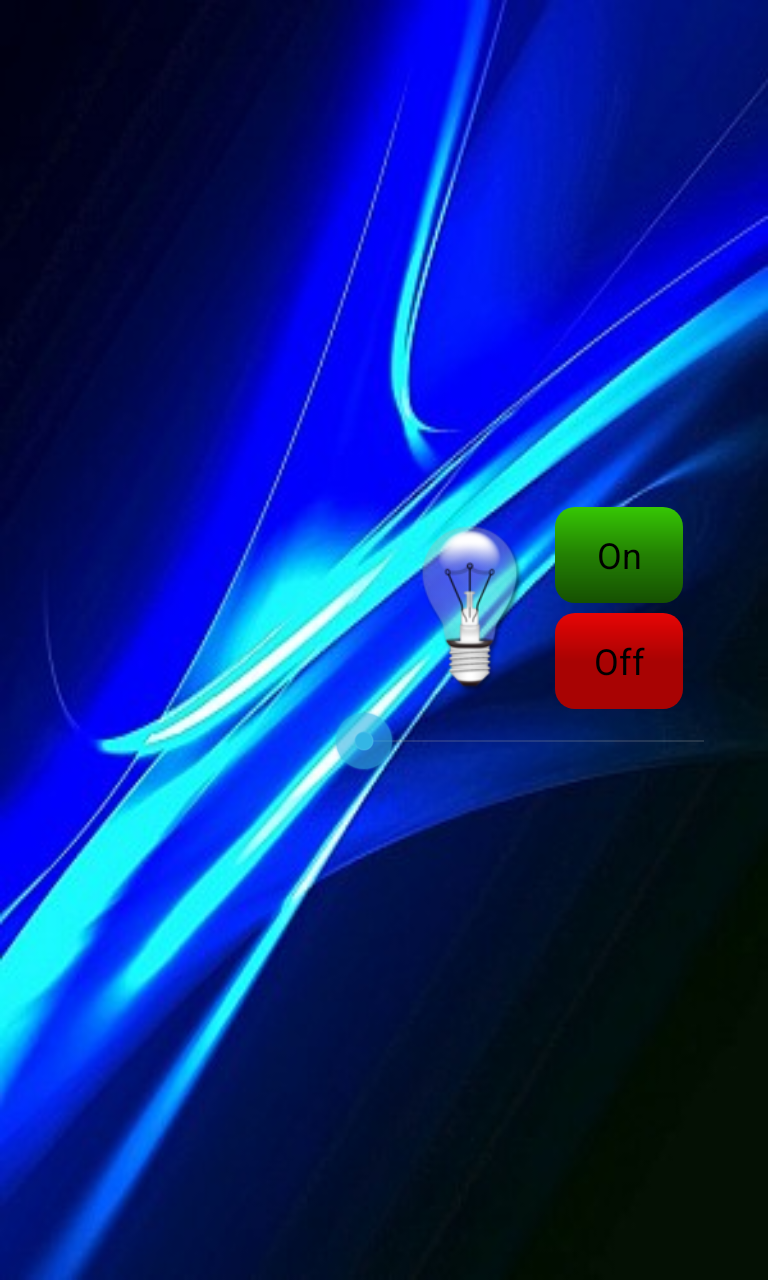
Repository: chedisaad/chedi
Layout: Dev/Android/DOMOTIQUE/Domotique/res/layout/activity_lights.xml
An editor plug-in stored every save of this project. The layout is shown before and after the next save, followed by the edit.
It is drawn on a 768 x 1280 px phone screen (xhdpi) without system bars, with theme AppTheme; the app's code is not run. Lists and similar views that code fills are empty.

Above is the layout before, as saved 2014-04-01 17:08:35.

After the next save:
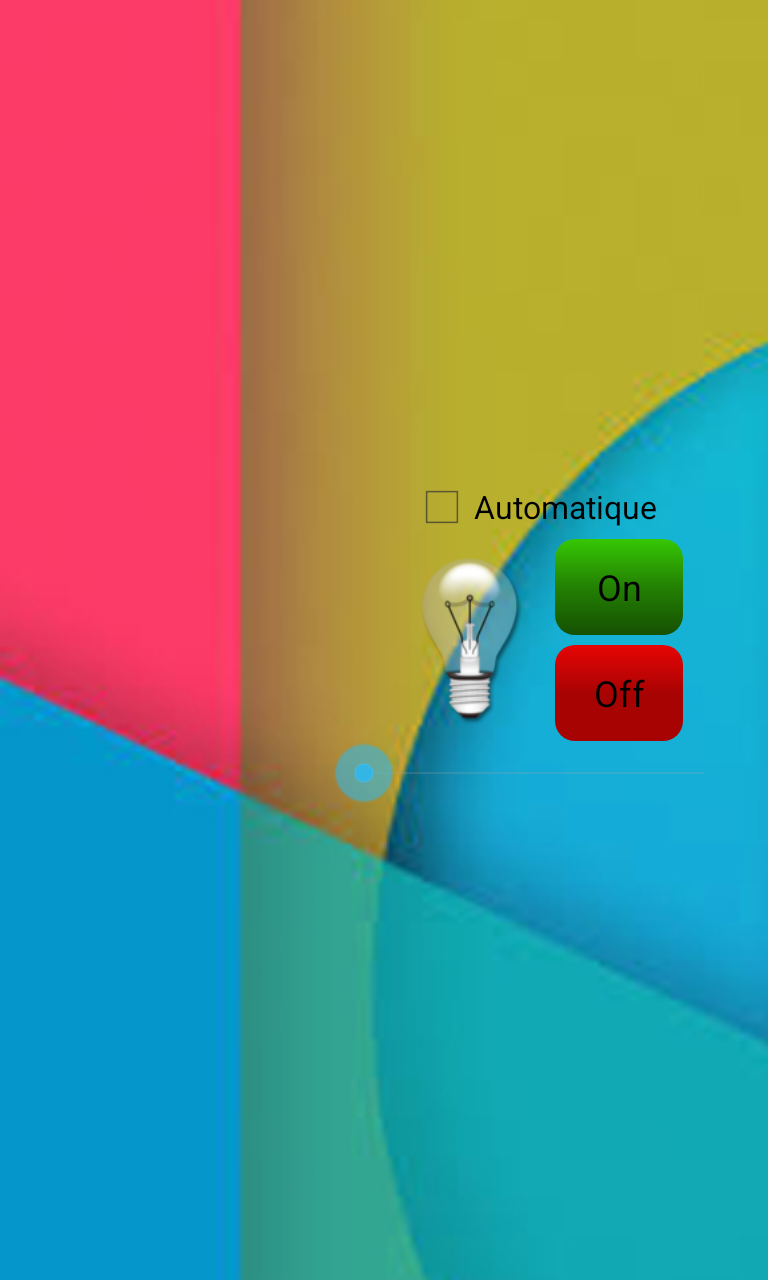
Saved 112 s later.
--- a/Dev/Android/DOMOTIQUE/Domotique/res/layout/activity_lights.xml
+++ b/Dev/Android/DOMOTIQUE/Domotique/res/layout/activity_lights.xml
@@ -2,7 +2,7 @@
     xmlns:tools="http://schemas.android.com/tools"
     android:layout_width="wrap_content"
     android:layout_height="wrap_content"
-    android:background="@drawable/dash"
+    android:background="@drawable/backg"
     android:paddingBottom="@dimen/activity_vertical_margin"
     android:paddingLeft="@dimen/activity_horizontal_margin"
     android:paddingRight="@dimen/activity_horizontal_margin"
@@ -14,7 +14,7 @@
         android:layout_height="fill_parent" >
 
         <ListView
-            android:id="@+id/listView1"
+            android:id="@+id/listMaison"
             android:layout_width="150dp"
             android:layout_height="wrap_content" >
 
@@ -25,6 +25,12 @@
             android:layout_height="fill_parent"
             android:gravity="center_horizontal|center_vertical"
             android:orientation="vertical" >
+
+            <CheckBox
+                android:id="@+id/checkBox1"
+                android:layout_width="wrap_content"
+                android:layout_height="wrap_content"
+                android:text="Automatique" />
 
             <LinearLayout
                 android:layout_width="fill_parent"
